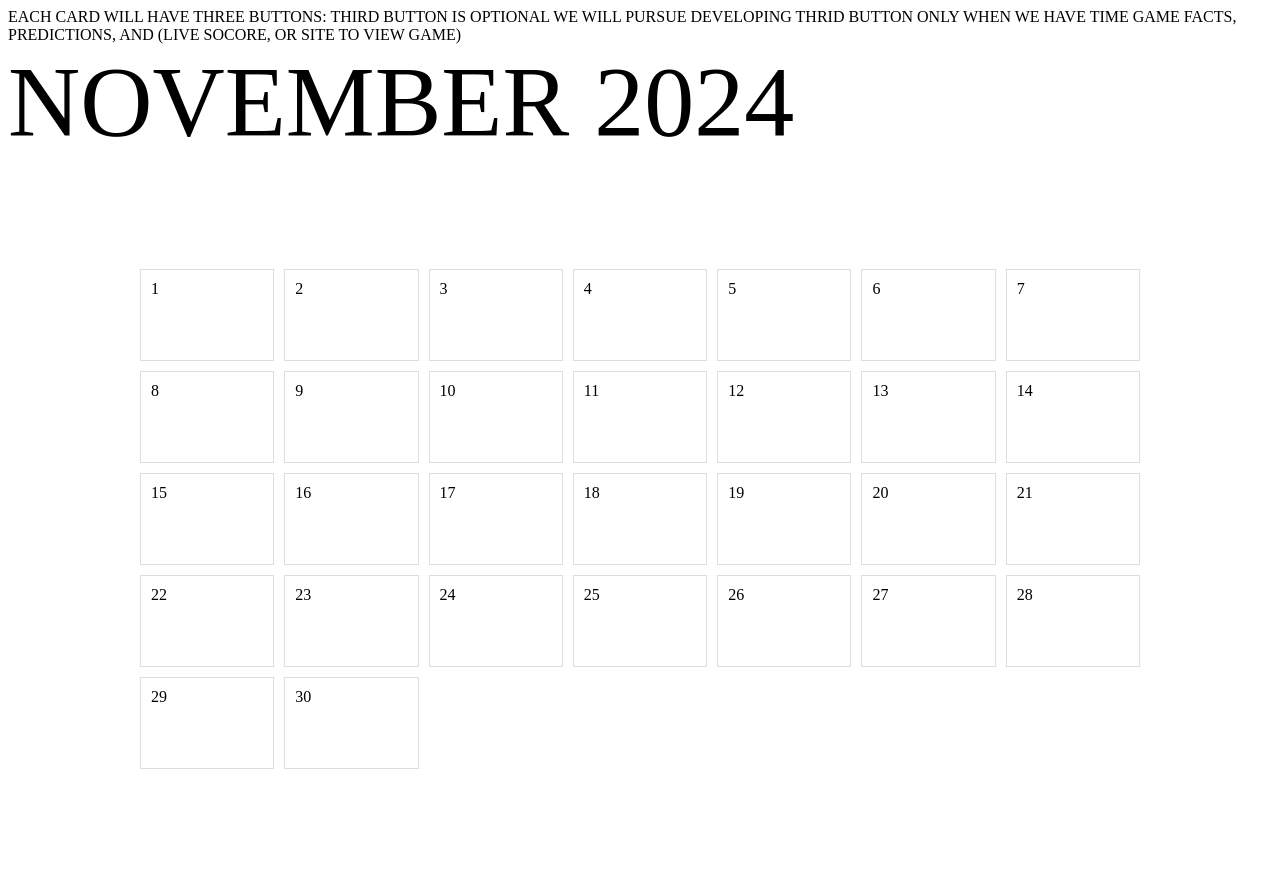
Repository: bredernd/Sports-Analytics
Page: http://localhost/CPS298_Nba/calendar
An editor plug-in stored every save of this project. The page is shown before and after the next save, followed by the edit.
The browser window is 1280 px wide. The pictures show the whole page.
The page is served by Tomcat 9. Other server files are loaded and not shown.

Above is the page before, as saved 2024-11-06 18:57:26.

### NBAProj/CPS298_Nba/src/main/webapp/WEB-INF/Dispatcher-servlet.xml
<?xml version="1.0" encoding="UTF-8"?>
<beans xmlns="http://www.springframework.org/schema/beans"
	xmlns:xsi="http://www.w3.org/2001/XMLSchema-instance"
	xmlns:context="http://www.springframework.org/schema/context"
	xmlns:mvc="http://www.springframework.org/schema/mvc"
	xmlns:tx="http://www.springframework.org/schema/tx"
	xsi:schemaLocation="http://www.springframework.org/schema/mvc http://www.springframework.org/schema/mvc/spring-mvc-4.3.xsd
		http://www.springframework.org/schema/beans http://www.springframework.org/schema/beans/spring-beans.xsd
		http://www.springframework.org/schema/context http://www.springframework.org/schema/context/spring-context-4.3.xsd
		http://www.springframework.org/schema/tx http://www.springframework.org/schema/tx/spring-tx-4.3.xsd">


	<context:component-scan
		base-package="com.cps298.nba">
	</context:component-scan>
	<mvc:annotation-driven></mvc:annotation-driven>
	<mvc:resources mapping="/resources/**" location="/resources/"></mvc:resources>
	<bean id="viewResolver"
		class="org.springframework.web.servlet.view.InternalResourceViewResolver">
	<property name="prefix" value="/WEB-INF/Views/"></property>
	<property name="suffix" value=".jsp"></property>
	</bean>

<!-- 	<bean id="myDataSource" -->
<!-- 		class="com.mchange.v2.c3p0.ComboPooledDataSource"> -->
<!-- 	<property name="driverClass" value="com.mysql.cj.jdbc.Driver"></property> -->
<!-- 	<property name="user" value="hbstudent"></property> -->
<!-- 	<property name="password" value="hbstudent"></property> -->
<!-- 	<property name="jdbcUrl" -->
<!-- 		value="jdbc:mysql://localhost:3306/movies?useSSL=false"> -->
<!-- 	</property> -->
<!-- 	<property name="minPoolSize" value="5"></property> -->
<!-- 	<property name="maxPoolSize" value="30"></property> -->
<!-- 	<property name="maxIdleTime" value="30000"></property> -->
<!-- 	</bean> -->
<!-- 	<bean id="sessionFactory" -->
<!-- 		class="org.springframework.orm.hibernate5.LocalSessionFactoryBean"> -->
<!-- 	<property name="dataSource" ref="myDataSource"></property> -->
<!-- 	<property name="packagesToScan" -->
<!-- 		value="com.cps298.nba.entity"> -->
<!-- 	</property> -->
<!-- 	<property name="hibernateProperties"> -->
<!-- 	<props> -->
<!-- 	<prop key="hibernate.dialect">org.hibernate.dialect.MySQLDialect</prop> -->
<!-- 	<prop key="hibernate.show_sql">true</prop> -->
<!-- 	</props> -->
<!-- 	</property> -->
<!-- 	</bean> -->
<!-- 	<bean id="myTransactionalManager" -->
<!-- 		class="org.springframework.orm.hibernate5.HibernateTransactionManager"> -->
<!-- 	<property name="sessionFactory" ref="sessionFactory"></property> -->
<!-- 	</bean> -->
<!-- 	<tx:annotation-driven transaction-manager="myTransactionalManager" /> -->
</beans>

### NBAProj/CPS298_Nba/src/main/webapp/WEB-INF/Views/calendar.jsp
<%@ page language="java" contentType="text/html; charset=ISO-8859-1"
    pageEncoding="ISO-8859-1"%>
<!DOCTYPE html>
<html>
<head>
<meta charset="ISO-8859-1">
<title>Calendar</title>

<style>
	.container {
    display: flex;
    justify-content: center;
    align-items: center;
    min-height: 100vh;
	}

	.calendar {
	display: grid;
	grid-template-columns: repeat(7, 1fr);
	gap: 10px;
	width: 1000px;
	height: 500px;
	}

    .day {
    border: 1px solid #ddd;
    padding: 10px;
    }

    .calTitle{
    align-text: center;
    font-size: 100px;
    width: 100%;
    height: fit-content;
    }
</style>
</head>
<body>


EACH CARD WILL HAVE THREE BUTTONS: THIRD BUTTON IS OPTIONAL
WE WILL PURSUE DEVELOPING THRID BUTTON ONLY WHEN WE HAVE TIME
GAME FACTS, PREDICTIONS, AND (LIVE SOCORE, OR SITE TO VIEW GAME)

    <div class="calTitle">${month} ${year}</div>
	<div class="container">
    	<div class="calendar">
        	${calendarHtml}
    	</div>
    </div>


</body>
</html>

### NBAProj/CPS298_Nba/src/main/java/com/cps298/nba/controller/MainController.java
package com.cps298.nba.controller;

import java.time.LocalDate;

import org.springframework.beans.factory.annotation.Autowired;
import org.springframework.stereotype.Controller;
import org.springframework.ui.Model;
import org.springframework.web.bind.annotation.RequestMapping;

import com.cps298.nba.service.CalendarService;

@Controller
public class MainController {

    @Autowired
    private CalendarService calendarService;

	@RequestMapping("/")
	public String home() {
		return "home";
	}

	@RequestMapping("/calendar")
	public String calendar(Model model) {
        LocalDate now = LocalDate.now();
        int year = now.getYear();
        int month = now.getMonthValue();

        // Use the service to generate the HTML
        String calendarHtml = calendarService.generateCalendarHtml(year, month);

        model.addAttribute("calendarHtml", calendarHtml);
        model.addAttribute("month", now.getMonth());
        model.addAttribute("year", year);

		return "calendar";
	}

	@RequestMapping("/news")
	public String news() {
		return "news";
	}

	@RequestMapping("/gameFacts")
	public String gameFacts() {
		return "gameFacts";
	}

	@RequestMapping("/predictions")
	public String predictions() {
		return "predictions";
	}
}

### NBAProj/CPS298_Nba/src/main/java/com/cps298/nba/service/CalendarService.java
package com.cps298.nba.service;

import java.time.LocalDate;
import java.time.YearMonth;

import org.springframework.stereotype.Service;

@Service
public class CalendarService {

    public String generateCalendarHtml(int year, int month) {
        StringBuilder calendarHtml = new StringBuilder();
        YearMonth yearMonth = YearMonth.of(year, month);

        for (int day = 1; day <= yearMonth.lengthOfMonth(); day++) {
            calendarHtml.append("<div class='day'>").append(day).append("</div>");
        }

        return calendarHtml.toString();
    }

}

After the next save:
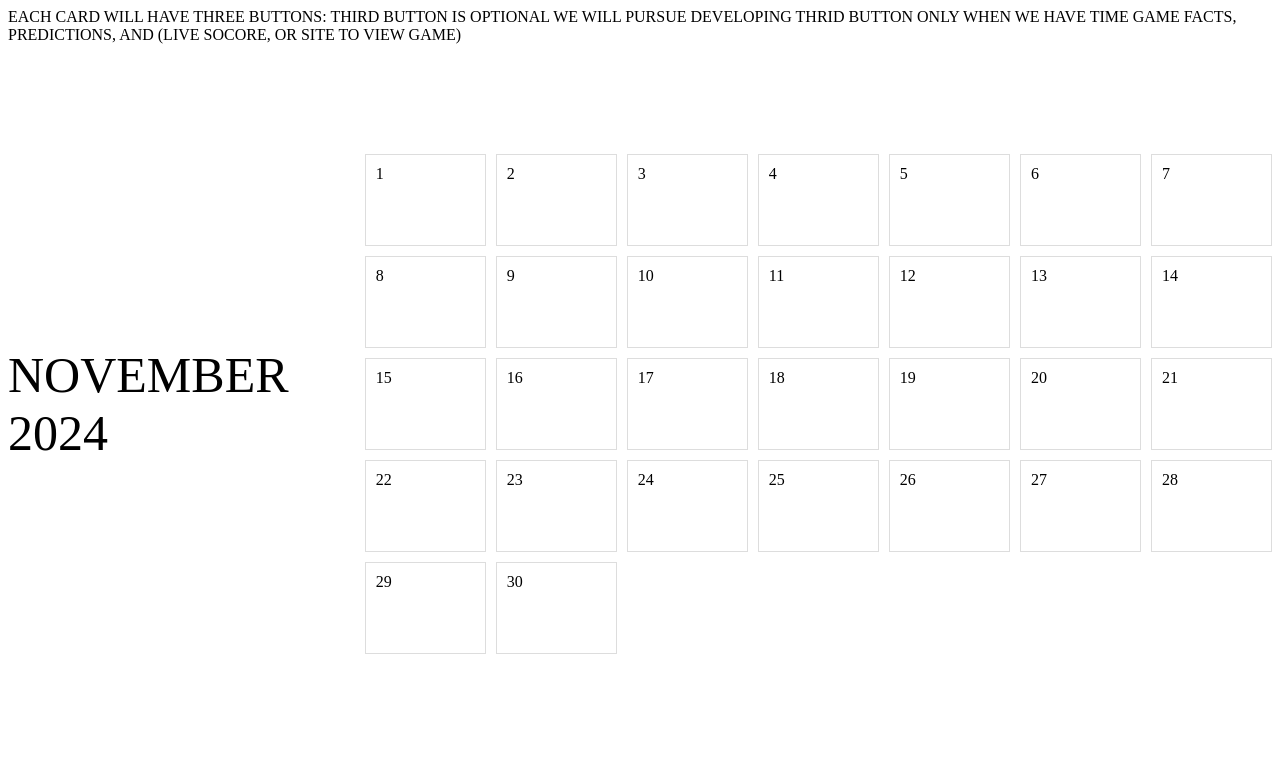
Saved 46 s later.
--- a/NBAProj/CPS298_Nba/src/main/webapp/WEB-INF/Views/calendar.jsp
+++ b/NBAProj/CPS298_Nba/src/main/webapp/WEB-INF/Views/calendar.jsp
@@ -28,9 +28,8 @@
     }
 
     .calTitle{
-    align-text: center;
-    font-size: 100px;
-    width: 100%;
+    font-size: 50px;
+    width: fit-content;
     height: fit-content;
     }
 </style>
@@ -42,8 +41,9 @@ EACH CARD WILL HAVE THREE BUTTONS: THIRD BUTTON IS OPTIONAL
 WE WILL PURSUE DEVELOPING THRID BUTTON ONLY WHEN WE HAVE TIME
 GAME FACTS, PREDICTIONS, AND (LIVE SOCORE, OR SITE TO VIEW GAME)
 
-    <div class="calTitle">${month} ${year}</div>
+
 	<div class="container">
+	    <div class="calTitle">${month} ${year}</div>
     	<div class="calendar">
         	${calendarHtml}
     	</div>
